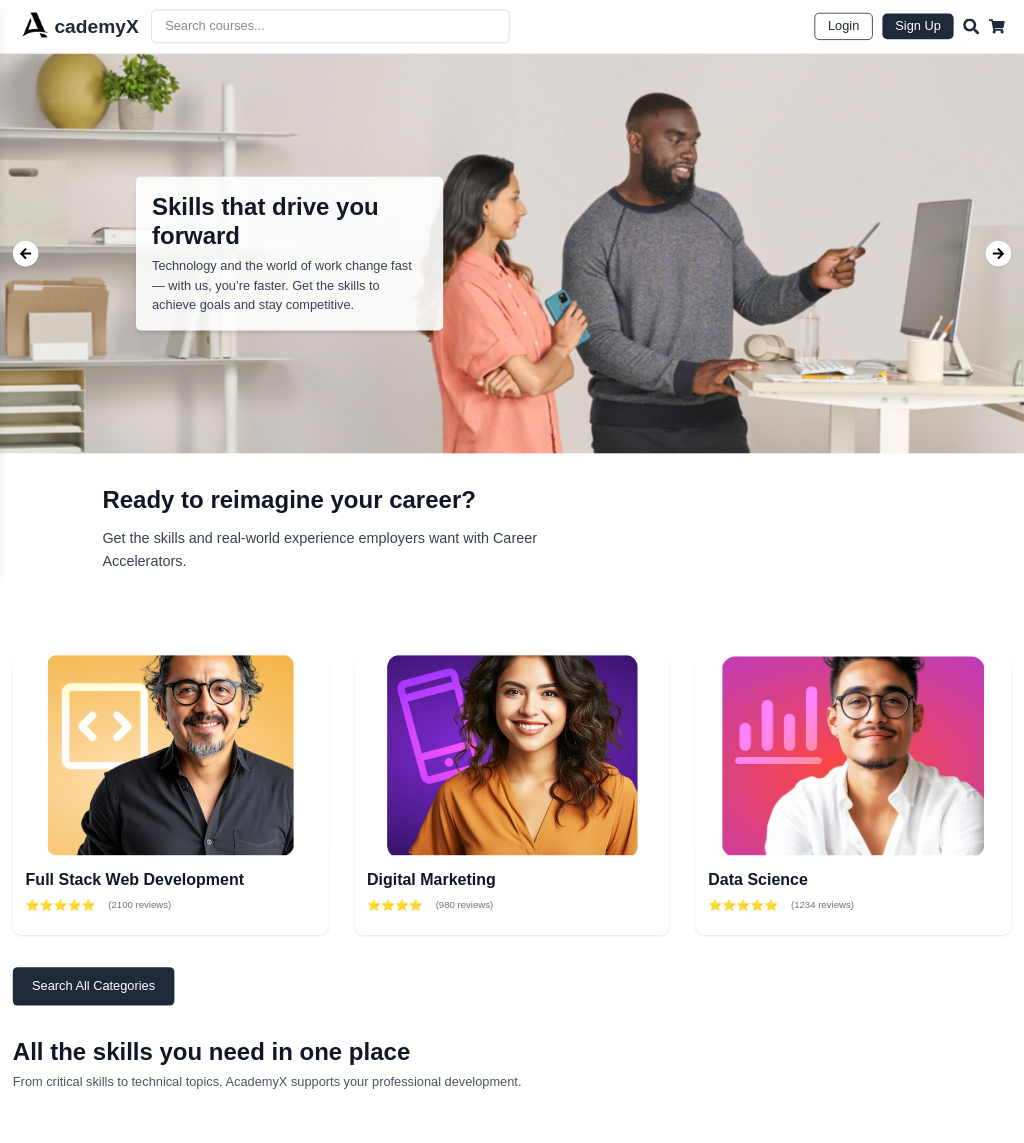
Repository: MohamedSalah54/full-stack-e-learning
Page: / (app in frontend/)
These files come from the project's save history. The page is drawn as it stood at one moment and after the next save; the edit follows.
The browser window is 1280 px wide. The pictures show the whole page, at 80% of full size.
The project was rebuilt for these pictures with package versions that can differ from the ones it lists, and the page was loaded fresh each time. The framework's server and built-in components were replaced by stand-ins that run in the browser. Also part of the build but not shown: frontend/next.config.ts.

Above is the page before, as saved 2025-06-15 15:17:37.

### frontend/src/app/layout.tsx
import type { Metadata } from "next";
import { Geist, Geist_Mono } from "next/font/google";
import "./globals.css";
import { Providers } from "@/app/providers";
import Navbar from "@/components/Navbar";

const geistSans = Geist({
  variable: "--font-geist-sans",
  subsets: ["latin"],
});

const geistMono = Geist_Mono({
  variable: "--font-geist-mono",
  subsets: ["latin"],
});

export const metadata: Metadata = {
  title: "Create Next App",
  description: "Generated by create next app",
};

export default function RootLayout({
  children,
}: Readonly<{
  children: React.ReactNode;
}>) {
  return (
    <html lang="en">
      <body
        className={`${geistSans.variable} ${geistMono.variable} antialiased`}
      >
        <Navbar/>
        <Providers>{children}</Providers>

      </body>
    </html>
  );
}

### frontend/src/app/page.tsx
import HeroBannerSlider from "@/components/home/HeroBannerSlider"
import HeroCategories from "@/components/home/HeroCategories"

const Home = () => {
  return (
    <main className="flex flex-col items-center justify-center">
        <HeroBannerSlider/>
        <HeroCategories/>
    </main>
  )
}

export default Home

### frontend/src/app/providers.jsx
'use client';

import { Provider } from 'react-redux';
import { store } from '@/redux/store/store';
export function Providers({ children }) {
  return <Provider store={store}>{children}</Provider>;
}

### frontend/src/components/Navbar.tsx
'use client';

import { useState } from 'react';
import { FaShoppingCart, FaBars, FaTimes, FaSearch } from 'react-icons/fa';
import { IoMdGlobe } from 'react-icons/io';
import { useRouter } from 'next/navigation';

export default function Navbar() {
  const [isSidebarOpen, setIsSidebarOpen] = useState(false);
  const router = useRouter();
  const [isSearchOpen, setIsSearchOpen] = useState(false);


  return (
    <>
      {/* Navbar */}
      <nav className="bg-white shadow-sm border-b border-gray-200 py-3 px-4 sm:px-6">
        <div className="max-w-7xl mx-auto flex items-center justify-between">
          {/* Left - Hamburger + Logo */}
          <div className="flex items-center space-x-2">
            {/* Hamburger Icon - Visible on mobile only */}
            <button
              className="block md:hidden text-xl text-gray-800"
              onClick={() => setIsSidebarOpen(true)}
            >
              <FaBars />
            </button>

            {/* Logo */}
            <div
              className="flex items-center cursor-pointer"
              onClick={() => router.push('/')}
            >
              <div className="relative h-10 w-10">
                <img
                  src="/logo.png"
                  alt="Logo"
                  className="h-full w-full object-contain block"
                />
              </div>
              <span className="text-2xl font-bold text-gray-800 leading-none ml-1">
                cademyX
              </span>
            </div>
          </div>

          {/* Middle - Search (hidden on small screens) */}
          <div className="hidden md:flex flex-1 max-w-md mx-4">
            <input
              type="text"
              placeholder="Search courses..."
              className="w-full border border-gray-300 rounded-md px-4 py-2 focus:outline-none focus:ring-1 focus:ring-gray-800"
            />
          </div>

          {/* Right - Search & Cart (Always Visible) */}
          <div className="flex items-center space-x-3 ml-auto">
            {/* Hide Login/Signup on mobile */}
            <button
              className="hidden md:block px-4 py-1 border border-gray-800 text-gray-800 rounded-md hover:bg-gray-100 transition"
              onClick={() => router.push('/auth/login')}
            >
              Login
            </button>
            <button
              className="hidden md:block px-4 py-1 bg-gray-800 text-white rounded-md hover:bg-gray-700 transition"
              onClick={() => router.push('/auth/register')}
            >
              Sign Up
            </button>

            {/* Always visible icons */}
            <FaSearch
              className="text-gray-800 text-xl cursor-pointer hover:scale-110 transition"
              onClick={() => setIsSearchOpen(true)}
            />
            <FaShoppingCart className="text-gray-800 text-xl cursor-pointer hover:scale-110 transition" />
          </div>

        </div>
      </nav>

      {isSearchOpen && (
  <div className="fixed inset-0 z-50 bg-white flex flex-col items-center justify-start px-4 pt-10">
    <div className="w-full max-w-2xl flex items-center gap-3 border-b border-gray-300 pb-2">
      {/* 🔍 أيقونة البحث */}
      <FaSearch className="text-gray-800 text-2xl" />

      {/* Search Input */}
      <input
        type="text"
        placeholder="Search courses..."
        autoFocus
        className="w-full text-lg focus:outline-none"
      />

      {/* ❌ Close */}
      <FaTimes
        className="text-gray-800 text-2xl cursor-pointer"
        onClick={() => setIsSearchOpen(false)}
      />
    </div>
  </div>
)}



      {/* Sidebar (Mobile) */}
      <div
        className={`fixed top-0 left-0 h-full w-64 bg-white shadow-lg z-50 transform transition-transform duration-300 ${isSidebarOpen ? 'translate-x-0' : '-translate-x-full'
          }`}
      >
        {/* Close Button */}
        <div className="flex justify-between items-center px-4 py-3 border-b">
          <h2 className="text-lg font-semibold">Menu</h2>
          <button
            onClick={() => setIsSidebarOpen(false)}
            className="text-xl text-gray-600"
          >
            <FaTimes />
          </button>
        </div>

        {/* Sidebar Links */}
        <div className="p-4 space-y-4">
          <button
            onClick={() => {
              router.push('/auth/login');
              setIsSidebarOpen(false);
            }}
            className="w-full text-left text-gray-800 hover:text-gray-600"
          >
            Login
          </button>
          <button
            onClick={() => {
              router.push('/auth/register');
              setIsSidebarOpen(false);
            }}
            className="w-full text-left text-gray-800 hover:text-gray-600"
          >
            Sign Up
          </button>
          <div className="border-t pt-4">
            <p className="text-gray-500 text-sm font-medium mb-2">Categories</p>
            <ul className="space-y-2">
              <li className="cursor-pointer hover:text-gray-600">Web Development</li>
              <li className="cursor-pointer hover:text-gray-600">Design</li>
              <li className="cursor-pointer hover:text-gray-600">Marketing</li>
            </ul>
          </div>
        </div>
      </div>

      {/* Overlay */}
      {isSidebarOpen && (
        <div
          className="fixed inset-0 bg-black/40 z-40"
          onClick={() => setIsSidebarOpen(false)}
        ></div>
      )}
    </>
  );
}

### frontend/src/components/home/HeroBannerSlider.tsx
"use client";

import React, { useState } from "react";
import { FaArrowLeft, FaArrowRight } from "react-icons/fa";
import { heroSlides } from "@/constants";

const slides = heroSlides;

const HeroBannerSlider = () => {
  const [current, setCurrent] = useState(0);

  const nextSlide = () => {
    setCurrent((prev) => (prev + 1) % slides.length);
  };

  const prevSlide = () => {
    setCurrent((prev) => (prev - 1 + slides.length) % slides.length);
  };

  return (
    <>
      {/* Slider Section */}
      <section className="w-full relative bg-white overflow-hidden">
        {/* Wrapper for center and padding on large screens */}
        <div className="w-full max-w-screen-xl mx-auto relative h-[300px] sm:h-[400px] md:h-[500px]">
          {slides.map((slide, index) => (
            <img
              key={index}
              src={slide.image}
              alt="Hero"
              className={`absolute top-0 left-0 w-full h-full object-cover object-[60%] transition-opacity duration-700 ${
                index === current ? "opacity-100 z-10" : "opacity-0 z-0"
              }`}
            />
          ))}

          {/* Arrows */}
          <button
            onClick={prevSlide}
            className="absolute top-1/2 left-4 transform -translate-y-1/2 bg-white text-black p-2 rounded-full shadow hover:bg-gray-200 z-40"
          >
            <FaArrowLeft />
          </button>
          <button
            onClick={nextSlide}
            className="absolute top-1/2 right-4 transform -translate-y-1/2 bg-white text-black p-2 rounded-full shadow hover:bg-gray-200 z-40"
          >
            <FaArrowRight />
          </button>

          {/* Text Box for Large Screens */}
          <div className="hidden md:block absolute top-1/2 left-[170px] transform -translate-y-1/2 z-30">
            <div className="bg-white/90 p-5 rounded-md max-w-sm shadow-md">
              <h1 className="text-2xl lg:text-3xl font-bold text-gray-900 mb-2">
                {slides[current].title}
              </h1>
              <p className="text-gray-700 text-base">{slides[current].description}</p>
            </div>
          </div>
        </div>
      </section>

      {/* Text Below Image for Small Screens */}
      <div className="block md:hidden w-full bg-white pt-6 px-4">
        <div className="bg-white p-0 shadow-none rounded-none">
          <h1 className="text-xl font-bold text-gray-900 mb-2">{slides[current].title}</h1>
          <p className="text-gray-700 text-sm">{slides[current].description}</p>
        </div>
      </div>

      {/* Section Below */}
      <div className="w-full text-left py-10 bg-white px-4 sm:px-10 md:px-32">
        <h1 className="text-2xl sm:text-3xl font-bold text-gray-900 mb-4">
          Ready to reimagine your career?
        </h1>
        <p className="text-base sm:text-lg text-gray-700 max-w-xl">
          Get the skills and real-world experience employers want with Career Accelerators.
        </p>
      </div>
    </>
  );
};

export default HeroBannerSlider;

### frontend/src/components/home/HeroCategories.tsx
import { heroCategories } from "@/constants";

const HeroCategories = () => {
    const categories = heroCategories
    return (
       <section className="w-full py-16 px-4 bg-white">
  {/* Cards */}
  <div className="max-w-7xl mx-auto grid grid-cols-1 sm:grid-cols-2 lg:grid-cols-3 gap-8">
    {categories.map((cat, index) => (
      <div
        key={index}
        className="bg-white rounded-xl overflow-hidden shadow transition min-h-[350px] hover:bg-gray-100 cursor-pointer"
      >
        <img
          src={cat.image}
          alt={cat.title}
          className="w-full h-[250px] object-contain bg-white"
        />
        <div className="p-4">
          <h3 className="text-xl font-semibold text-gray-900 mb-2">{cat.title}</h3>
          <p className="text-sm text-gray-600 flex items-center gap-2">
            {"⭐".repeat(Math.round(cat.rating))}
            <span className="text-xs text-gray-500 ml-2">
              ({cat.reviews} reviews)
            </span>
          </p>
        </div>
      </div>
    ))}
  </div>

  {/* Search button */}
  <div className="flex justify-start mt-10 max-w-7xl mx-auto">
    <button className="bg-gray-800 text-white px-6 py-3 rounded-md hover:bg-gray-700 transition cursor-pointer">
      Search All Categories
    </button>
  </div>

  {/* Heading + Span */}
  <div className="text-left mt-10 max-w-7xl mx-auto">
    <h1 className="text-3xl font-bold text-gray-900 mb-2">
      All the skills you need in one place
    </h1>
    <span className="text-gray-600 text-base">
      From critical skills to technical topics, AcademyX supports your professional development.
    </span>
  </div>
</section>

    );
};

export default HeroCategories;

### frontend/src/constants/index.ts
//Home Page
export const heroSlides = [
    {
        image: "/banner1.jpg",
        title: "Skills that drive you forward",
        description: "Technology and the world of work change fast — with us, you’re faster. Get the skills to achieve goals and stay competitive.",
    },
    {
        image: "/banner2.jpg",
        title: "Learning that gets you",
        description: "Skills for your present (and your future). Get started with us.",
    },
];

export const heroCategories = [
    {
        title: "Full Stack Web Development",
        image: "/full-stack.jpg",
        rating: 5.0,
        reviews: 2100,
    },
    {
        title: "Digital Marketing",
        image: "/digital-marketing.jpg",
        rating: 4.0,
        reviews: 980,
    },
    {
        title: "Data Science",
        image: "/data-science.jpg",
        rating: 4.5,
        reviews: 1234,
    },
];

Loaded but not shown: frontend/src/app/globals.css (common file); frontend/src/redux/store/store.ts (common file)

After the next save:
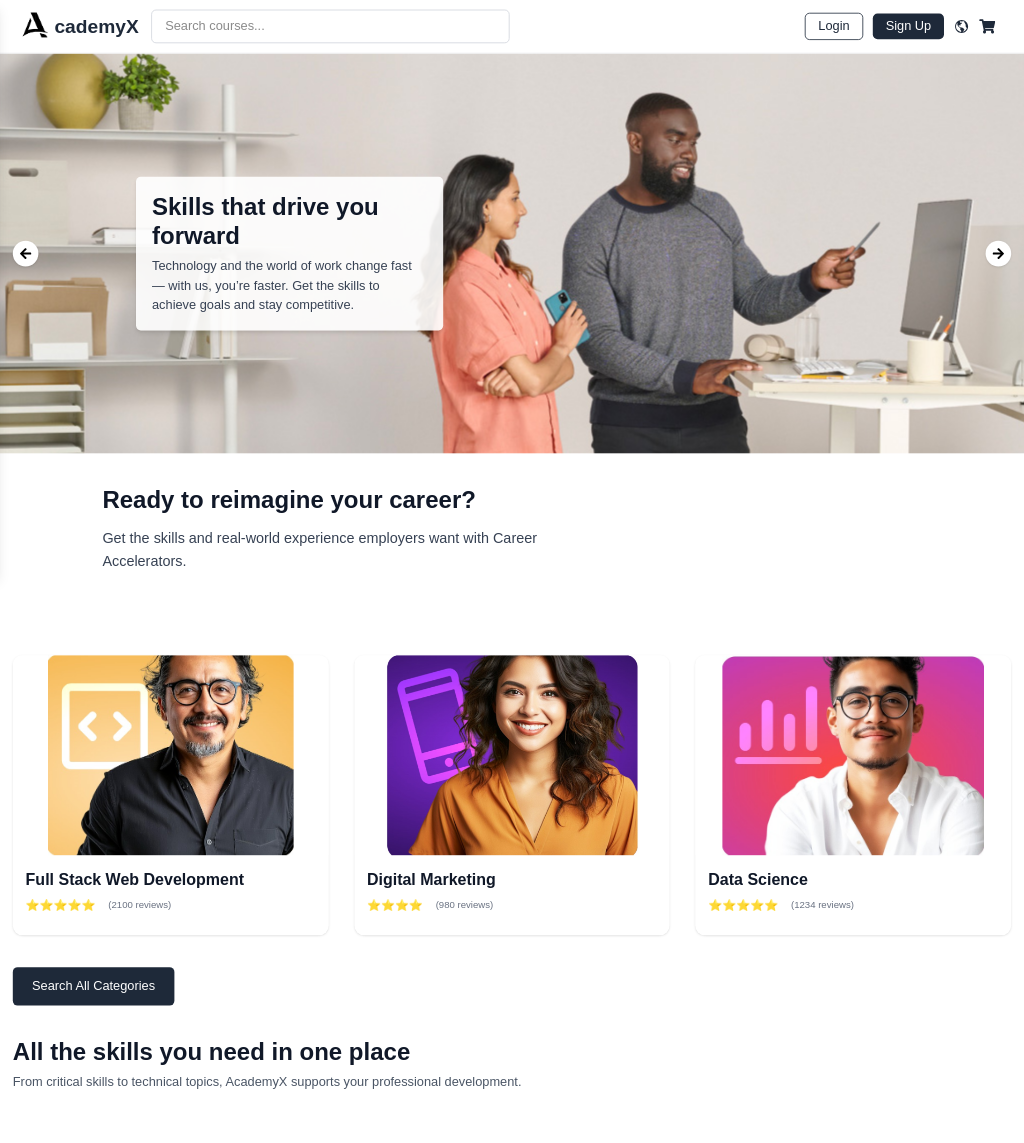
Saved 53 s later.
--- a/frontend/src/components/Navbar.tsx
+++ b/frontend/src/components/Navbar.tsx
@@ -55,27 +55,32 @@
 
           {/* Right - Search & Cart (Always Visible) */}
           <div className="flex items-center space-x-3 ml-auto">
-            {/* Hide Login/Signup on mobile */}
-            <button
-              className="hidden md:block px-4 py-1 border border-gray-800 text-gray-800 rounded-md hover:bg-gray-100 transition"
-              onClick={() => router.push('/auth/login')}
-            >
-              Login
-            </button>
-            <button
-              className="hidden md:block px-4 py-1 bg-gray-800 text-white rounded-md hover:bg-gray-700 transition"
-              onClick={() => router.push('/auth/register')}
-            >
-              Sign Up
-            </button>
+  <button
+    className="hidden md:block px-4 py-1 border border-gray-800 text-gray-800 rounded-md hover:bg-gray-100 transition"
+    onClick={() => router.push('/auth/login')}
+  >
+    Login
+  </button>
+  <button
+    className="hidden md:block px-4 py-1 bg-gray-800 text-white rounded-md hover:bg-gray-700 transition"
+    onClick={() => router.push('/auth/register')}
+  >
+    Sign Up
+  </button>
 
-            {/* Always visible icons */}
-            <FaSearch
-              className="text-gray-800 text-xl cursor-pointer hover:scale-110 transition"
-              onClick={() => setIsSearchOpen(true)}
-            />
-            <FaShoppingCart className="text-gray-800 text-xl cursor-pointer hover:scale-110 transition" />
-          </div>
+  {/* 🌐 يظهر في الشاشات الكبيرة فقط */}
+  <IoMdGlobe className="hidden md:block text-gray-800 text-xl cursor-pointer hover:scale-110 transition" />
+
+  {/* 🛒 دائمًا ظاهر */}
+  <FaShoppingCart className="text-gray-800 text-xl cursor-pointer hover:scale-110 transition" />
+
+  {/* 🔍 يظهر فقط في الموبايل */}
+  <FaSearch
+    className="md:hidden text-gray-800 text-xl cursor-pointer hover:scale-110 transition"
+    onClick={() => setIsSearchOpen(true)}
+  />
+</div>
+
 
         </div>
       </nav>
